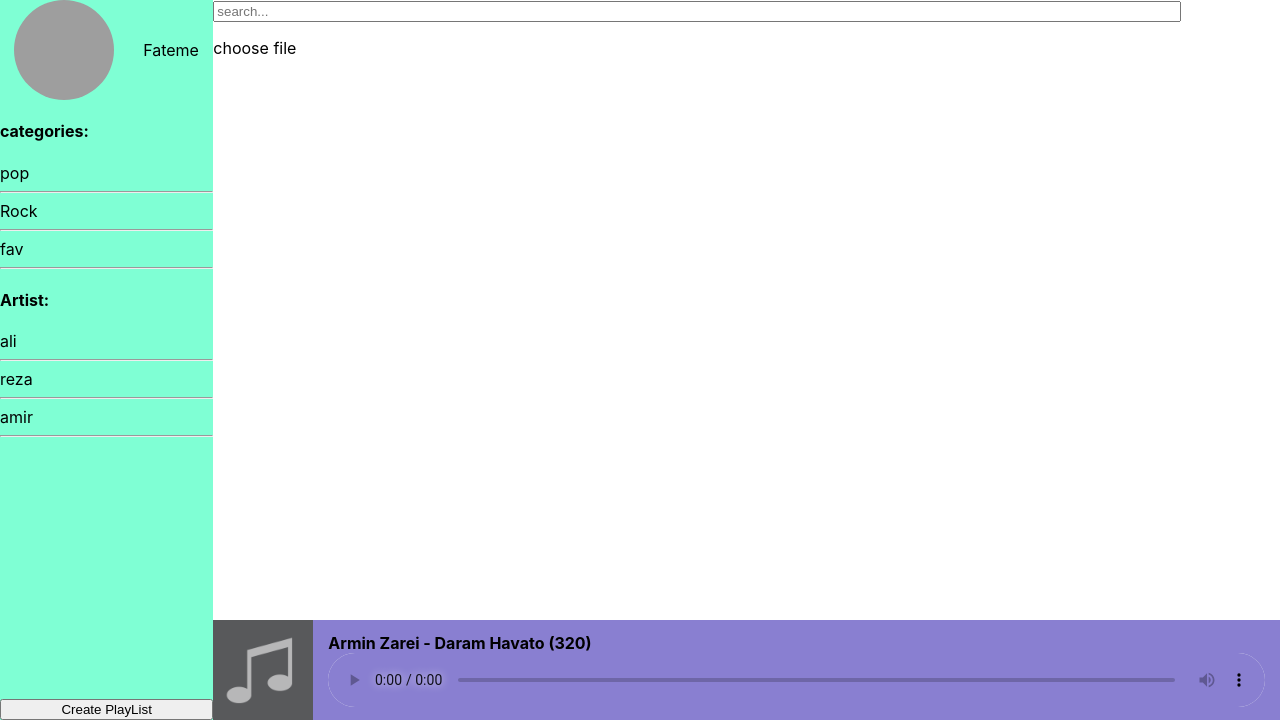
Repository: fateme81yosefi/musicPlayer
Page: /
The author's editor kept a copy of each file at every save. The page is drawn from the files as they stood at one save, then again after a run of saves.
The browser window is 1280 px wide. The pictures show the whole page.
Pictures or frames that could not be fetched are drawn as grey boxes. The project was rebuilt for these pictures with package versions that can differ from the ones it lists, and the page was loaded fresh each time.

Above is the page before, as saved 2024-06-12 09:54:32.

### src/App.js
import React from 'react';
import FileUploader from './Data/FileUploader/FileUploader';
import MainPage from './Components/MainPage/MainPage';


const App = () => {



  return (
    <div>
      <MainPage />
    </div>
  );
}

export default App;

### src/Data/FileUploader/FileUploader.js
import React, { useState } from 'react';
import { useDropzone } from 'react-dropzone';
import "./FileUploader.css"

const FileUploader = () => {
  const [audioFiles, setAudioFiles] = useState([]);

  const onDrop = (acceptedFiles) => {
    const mp3Files = acceptedFiles.filter((file) =>
      file.name.endsWith('.mp3')
    );

    setAudioFiles(mp3Files);
  };

  const { getRootProps, getInputProps } = useDropzone({ onDrop });
console.log(audioFiles)
  console.log(audioFiles)
  return (
    <div {...getRootProps()}>
      <input {...getInputProps()} />
      <div className='chooseFile'>
      <p>choose file</p>
      </div>
      {audioFiles.map((file, index) => (
        <audio src={URL.createObjectURL(file)} key={index} controls/>

      ))}
    </div>
  );
};

export default FileUploader;

### src/Components/MainPage/MainPage.js
import FileUploader from "../../Data/FileUploader/FileUploader";
import "./MainPage.css"
const MainPage = () => {


    return (
        <div className="container">
            <div className="leftMenue">
                <div className="top">
                    <div className="imageProfile">
                        <img src="https://encrypted-tbn0.gstatic.com/images?q=tbn:ANd9GcRXJA32WU4rBpx7maglqeEtt3ot1tPIRWptxA&s" />
                        <div className="name">Fateme</div>

                    </div>
                    <div className="categories">
                        <h4>categories:</h4>
                        <span>pop</span>
                        <hr />
                        <span>Rock</span>
                        <hr />
                        <span>fav</span>
                        <hr />
                    </div>
                    <div className="artist">
                        <h4>Artist:</h4>
                        <span>ali</span>
                        <hr />
                        <span>reza</span>
                        <hr />
                        <span>amir</span>
                        <hr />
                    </div>
                </div>
                <button>Create PlayList</button>
            </div>
            <div className="rightPage">
                <input placeholder="search..." />
                <FileUploader/>

                <div className="currentlyPlay">

                    <img src="/song_cover.png" alt="کاور آهنگ" />
                    <div className="containName">
                        <span className="musicName">Armin Zarei - Daram Havato (320)</span>
                        <audio id="player" src="/Armin Zarei - Daram Havato (320).mp3" controls ></audio>

                    </div>
                </div>
                <div>
                </div>
            </div>
        </div>
    )
}
export default MainPage;

### src/Data/FileUploader/FileUploader.css
.chooseFile{
    bo
}

### src/Components/MainPage/MainPage.css
.container{
    display: flex;
    flex-direction: row;
}
.leftMenue{
    background-color: aquamarine;
    width: 20%;
    height: 100vh;
    display: flex;
    flex-direction: column;
    justify-content: space-between;
}
.imageProfile{
    display: flex;
    flex-direction: row;
    align-items: center;
    justify-content: space-around;
}
.imageProfile img{
    border-radius: 100%;
    width: 100px;
    height: 100px;
}
.rightPage{
    width: 100%;
    height: 100vh;
    position: relative;
}
.rightPage input{
    width: 90%;
}
.currentlyPlay{
    display: flex;
    flex-direction: row;
    align-items: center;
    background-color: rgb(137, 127, 209);
    height: 100px;
    bottom: 0;
    position: absolute;
    width: 100%;
}
.currentlyPlay img{
    width: 100px;
    height: 100px;
}
.containName{
    width: 100%;
    padding: 15px;
}
.musicName{
    font-weight: bold;
}
audio{
    width: 100%;
    display: flex;
    flex-direction: column;
    border: none;

}

audio::-webkit-media-controls-panel{
    background-color: rgb(137, 127, 209);
    border: none;
}

Loaded but not shown: public/index.html (common file); src/index.js (common file); src/index.css (common file); src/reportWebVitals.js (common file)

After the next 3 saves:
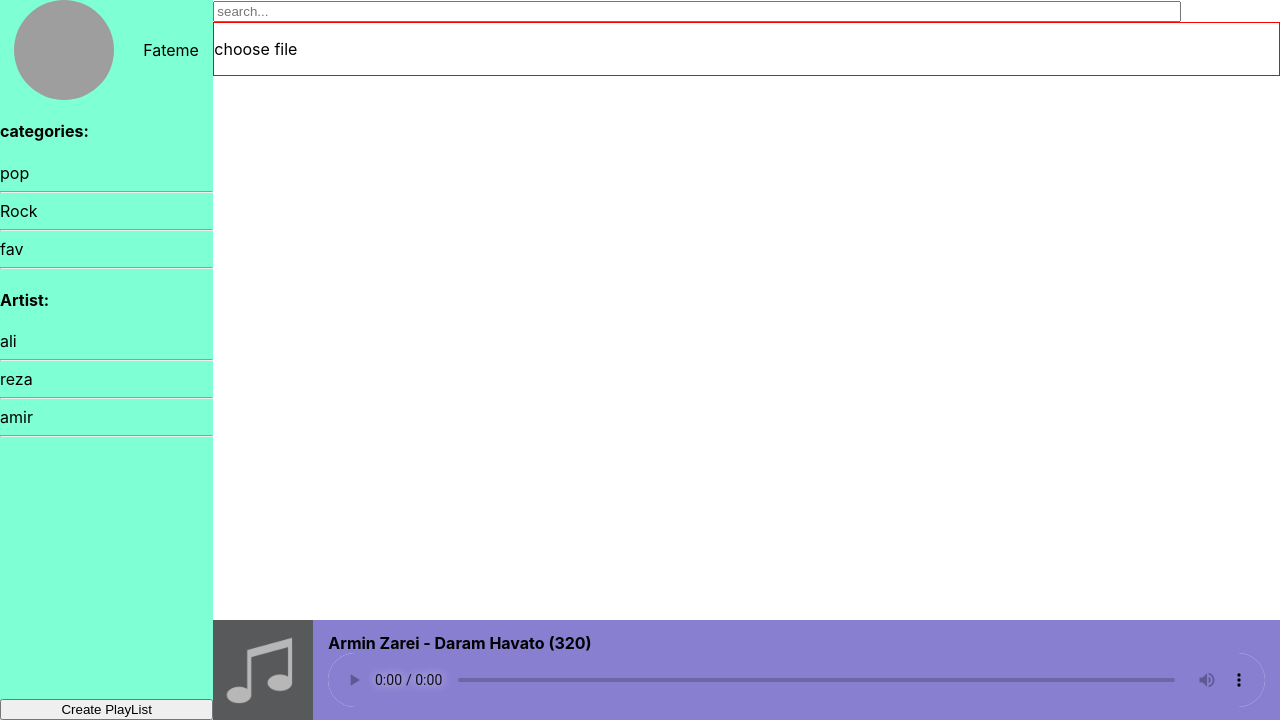
The 3 saves are shown as one change because they came seconds apart.
The last was saved 7 s later.
--- a/src/Data/FileUploader/FileUploader.css
+++ b/src/Data/FileUploader/FileUploader.css
@@ -1,3 +1,4 @@
 .chooseFile{
-    bo
+    border: 1px solid red;
+
 }
